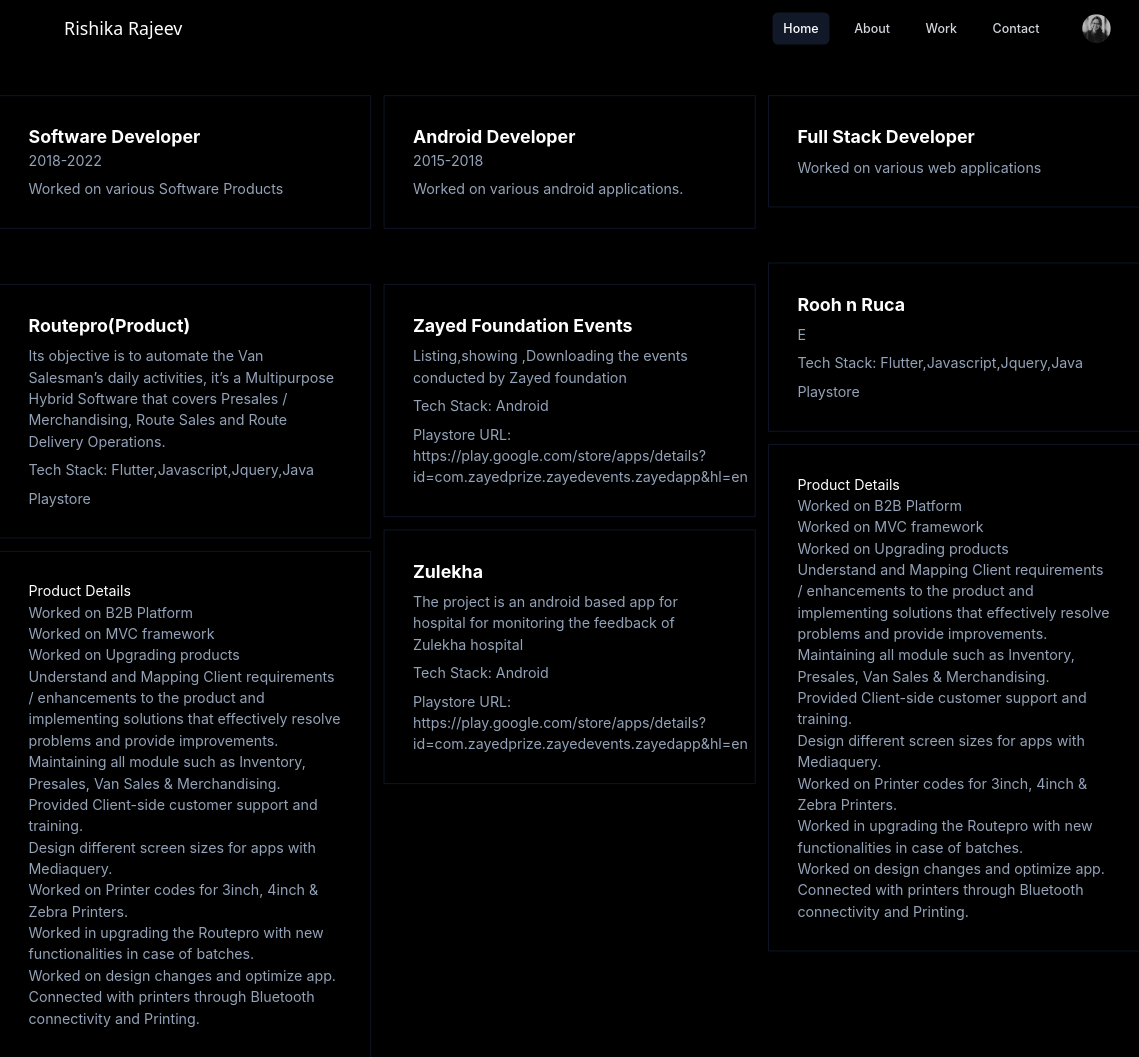
Repository: rishikarajeev/portfolio_rishika
Page: /work
The author's editor kept a copy of each file at every save. The page is drawn from the files as they stood at one save, then again after a run of saves.
The browser window is 1280 px wide. The pictures show the whole page, at 89% of full size.
The project was rebuilt for these pictures with package versions that can differ from the ones it lists, and the page was loaded fresh each time. Also part of the build but not shown: src/Pages/Home.jsx, src/Pages/About.jsx, src/Pages/Contact.jsx.

Above is the page before, as saved 2023-10-23 19:02:01.

After the next 2 saves:
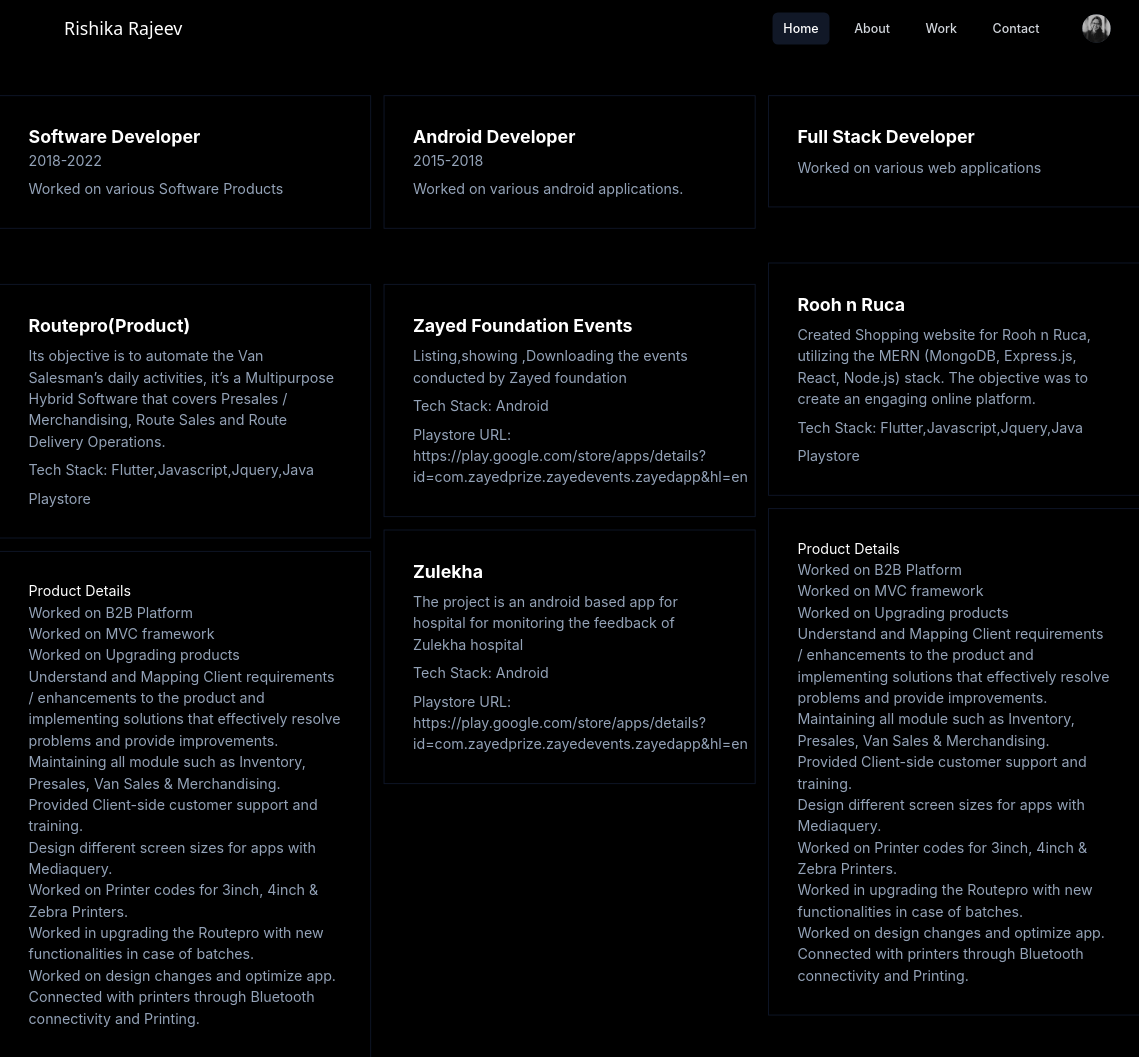
The 2 saves are shown as one change because they came seconds apart.
The last was saved 12 s later.
--- a/src/Pages/Mywork.jsx
+++ b/src/Pages/Mywork.jsx
@@ -98,7 +98,7 @@ function Mywork() {
               <h2 className="text-3xl font-bold mt-6 mb-1">Projects</h2>
               <Project
                 title="Rooh n Ruca"
-                description="E"
+                description="    Created Shopping website for Rooh n Ruca, utilizing the MERN (MongoDB, Express.js, React, Node.js)  stack. The objective was to create an  engaging online platform."
                 techStack="Flutter,Javascript,Jquery,Java"
               />
               <div className="dark:text-slate-400 ring-1 ring-slate-900 max-w-2xl p-8 dark dark:bg-black">
